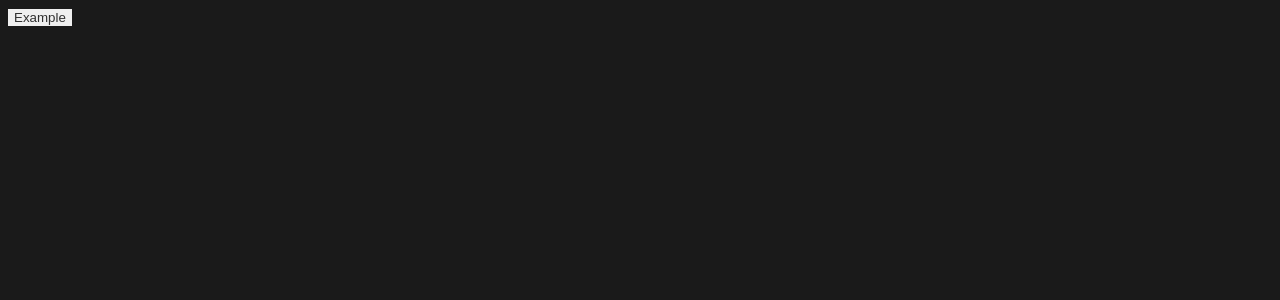
Repository: Folody-Team/Patery-UI
Page: example/index.html
These files come from the project's save history. The page is drawn as it stood at one moment and after the next save; the edit follows.
The browser window is 1280 px wide. The pictures show the whole page.

Above is the page before, as saved 2022-01-17 07:40:05.
Console error: ReferenceError: elementTagName is not defined

After the next save:
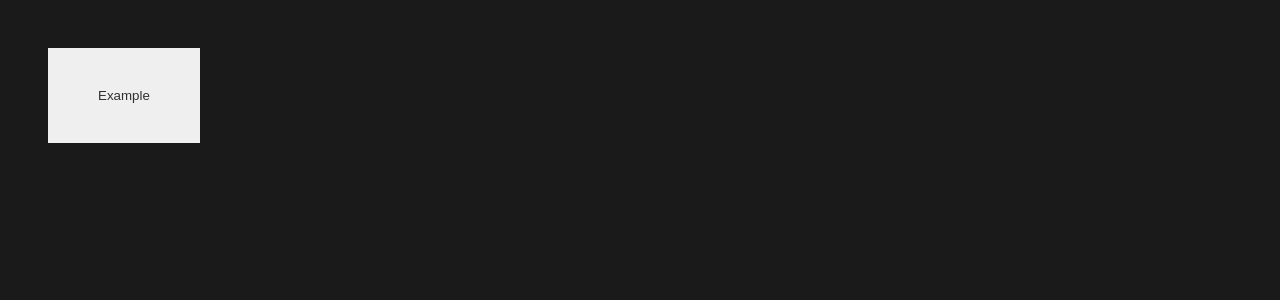
The error is gone.
Saved 7 min 1 s later.
--- a/patery.js
+++ b/patery.js
@@ -23,24 +23,7 @@
 (async () => {
   const debug = false; // true;
 })();
-const getStyleNames = (el) => {
-  const style = window.getComputedStyle(el);
-  const styleObj = [];
-  for (let i = 0; i < style.length; i++) {
-    styleObj.push(style[i]);
-  }
-  return styleObj;
-};
-const styleNames = [];
-let i = 0
-getStyleNames(document.body).forEach((item) => {
-  styleNames.push(item);
-});
-const PateryElementTag = "Patery" + "";
-// check if element is a Patery element
-const PateryElementTagName = PateryElementTag + getStyleNames(document.body)[PateryElementTag[1]]
-console.log(PateryElementTagName);
-const P = document.querySelector(elementTagName);
+const P = document.querySelector("PateryPadding");
 const D = document.createElement("div");
 const A = P.attributes;
 for (let i = 0; i < A.length; i++) {
